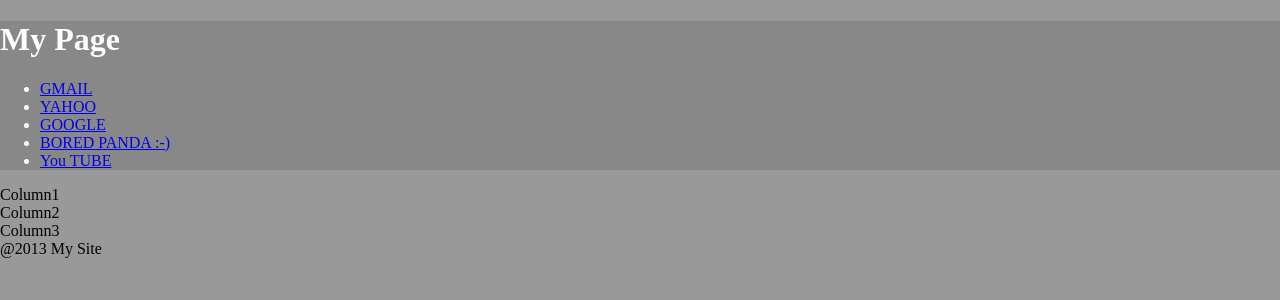
Repository: ShubhankarRaj/JavaCodingPractise
Page: Eclipse Workspace/myProject/src/htmlFiles/First.html
An editor plug-in stored every save of this project. The page is shown before and after the next save, followed by the edit.
The browser window is 1280 px wide. The pictures show the whole page.

Above is the page before, as saved 2014-06-03 18:59:57.

After the next save:
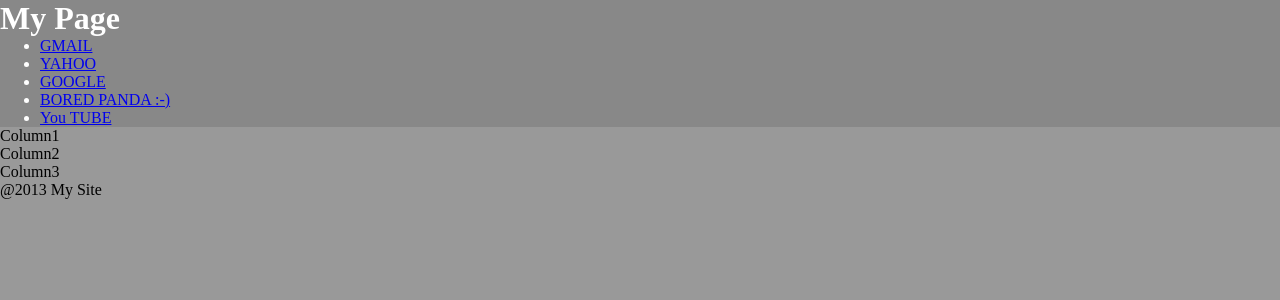
Saved 7 min 27 s later.
--- a/Eclipse Workspace/myProject/src/htmlFiles/main.css
+++ b/Eclipse Workspace/myProject/src/htmlFiles/main.css
@@ -7,3 +7,11 @@ header{
 	background: #888;
 	color: white;
 }
+
+header h1{
+	margin:0;
+}
+
+nav ul{
+	margin:0;
+}
